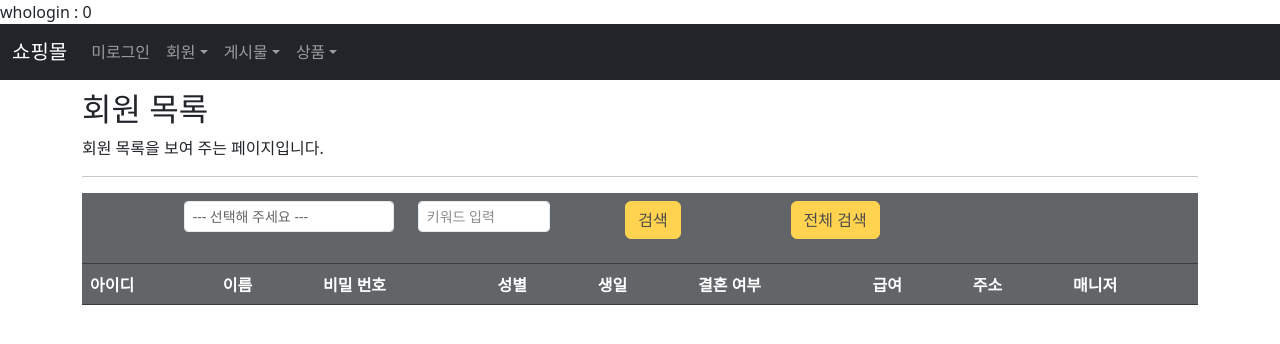
Repository: Sain-Clair/Team5
Page: http://localhost/Student/member/meList.jsp
These files come from the project's save history. The page is drawn as it stood at one moment and after the next save; the edit follows.
The browser window is 1280 px wide. The pictures show the whole page.
The page is served by Tomcat 9. The template is opened directly, without the code that normally fills it, so the values that code supplies are empty.

Above is the page before, as saved 2023-09-07 03:14:02.
Console error: SyntaxError: missing ) after argument list

After the next save:
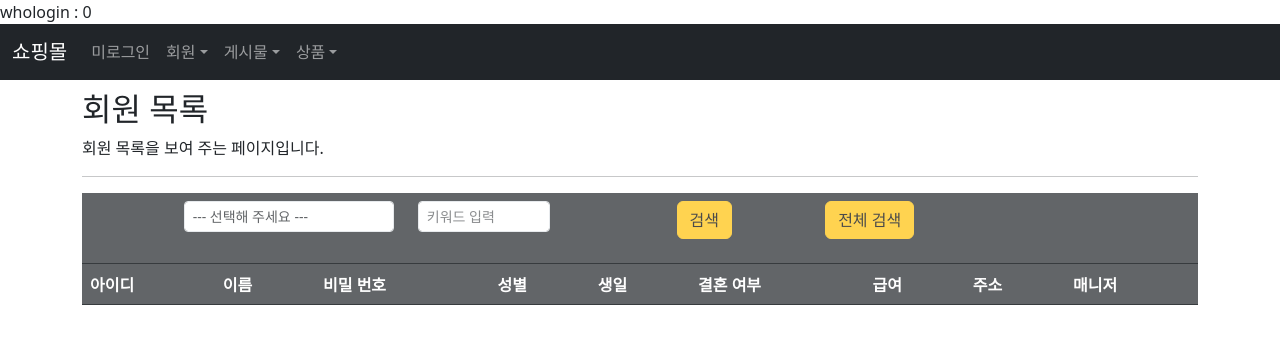
Saved 9 s later.
--- a/Student/src/main/webapp/member/meList.jsp
+++ b/Student/src/main/webapp/member/meList.jsp
@@ -46,7 +46,7 @@ function writeForm() { // 수정
 		<table class="table table-hover">
 			<thead class="table-dark">
 				<tr>
-					<td colspan="9" align="center">
+					<td colspan="9" align="right">
 						<div class="row">
 							<div class="col-sm-1"></div><!-- grid 화면을 12개로 분할. 그 중에 1 -->
 							<div class="col-sm-10">
